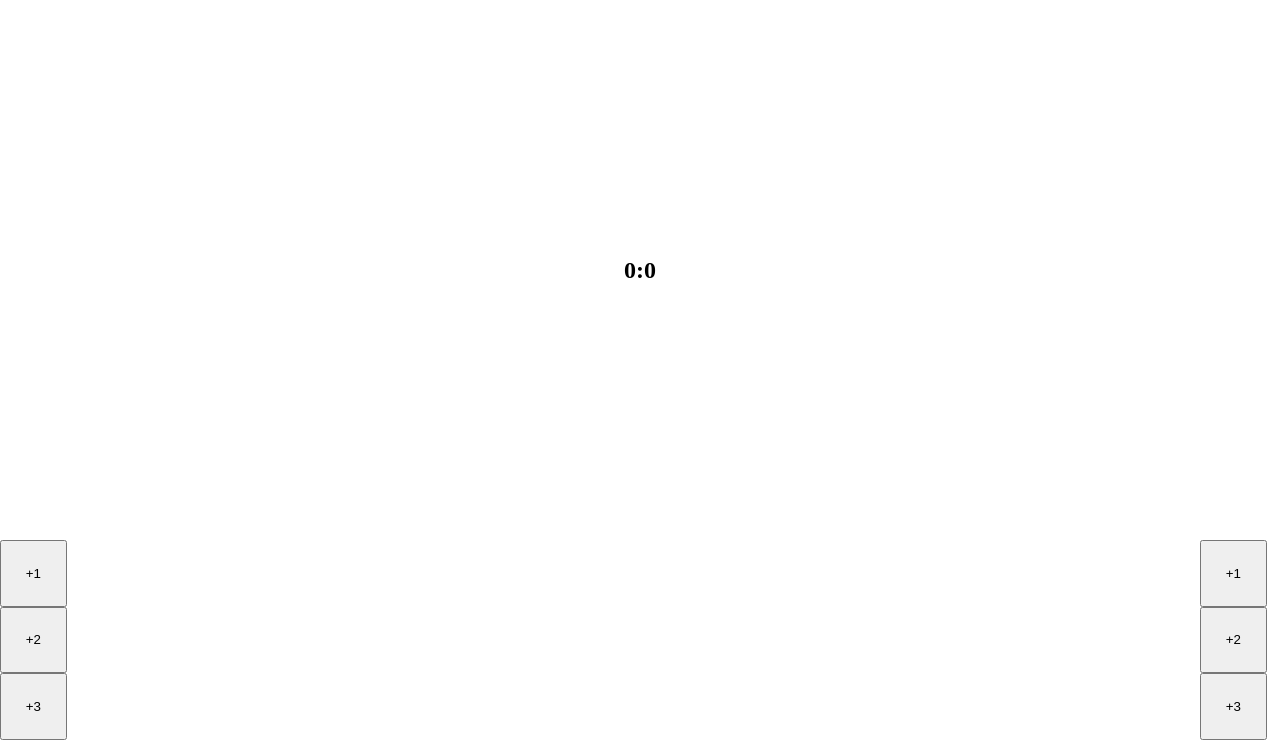
Repository: bollo89/scoreBoard
Page: index.html
An editor plug-in stored every save of this project. The page is shown before and after the next save, followed by the edit.
The browser window is 1280 px wide. The pictures show the whole page.

Above is the page before, as saved 2022-01-25 08:11:18.

### index.html
<!DOCTYPE html>
<html lang="en">
<head>
    <meta charset="UTF-8">
    <meta http-equiv="X-UA-Compatible" content="IE=edge">
    <meta name="viewport" content="width=device-width, initial-scale=1.0">
    <link rel="stylesheet" href="./style.css">
    <title>Document</title>
</head>
<body>
    <section class="score">
        <h1 class="home"></h1>
        <h1 class="colon">:</h1>
        <h1 class="away"></h1>
    </section>
    <section class="btns">
        <section class="btnsH">
            <div><button class="btn1h">+1</button></div>
            <div><button class="btn2h">+2</button></div>
            <div><button class="btn3h">+3</button></div>
        </section>
        <section class="btnsA">
            <div></div><button class="btn1a">+1</button></div>
            <div></div><button class="btn2a">+2</button></div>
            <div></div><button class="btn3a">+3</button></div>
        </section>
</section>
<script src="./script.js"></script>
</body>
</html>

### style.css
* {
    margin: 0;
    padding: 0;
}
body {
     height: 100vh;
     width: 100vw;
}
.score {
    height: 75vh;
    display: flex;
    align-items: center;
    justify-content: center;
}

.btns {
    height: 25vh;
    width: 100vw;
    display: flex;
    justify-content: space-between;
}
.btnsH {
    padding: 0;

}
.btnsA {
    padding: 0;

}
.btnsH div {
    width: 5em;
}
.btnsA div {
    width: 5em;
}
.btn1h , .btn2h , .btn3h , .btn1a , .btn2a , .btn3a{
    height: 5em;
    width: 5em;
}

### script.js
let home = document.querySelector('.home');
let n = 0;
home.innerHTML = n;

let away = document.querySelector('.away');
let m = 0;
away.innerHTML = m;

let btn1h = document.querySelector('.btn1h');
let btn2h = document.querySelector('.btn2h');
let btn3h = document.querySelector('.btn3h');
let btn1a = document.querySelector('.btn1a');
let btn2a = document.querySelector('.btn2a');
let btn3a = document.querySelector('.btn3a');
//punkty po lewej
function score1home() {
    n+=1;
    home.innerHTML = n;
    console.log(n);
}
function score2home() {
    n+=2;
    home.innerHTML = n;
    console.log(n);
}
function score3home() {
    n+=3;
    home.innerHTML = n;
    console.log(n);
}
//punkty po prawej
function score1away() {
    m+=1;
    away.innerHTML = m;
    console.log(m);
}
function score2away() {
    m+=2;
    away.innerHTML = m;
    console.log(m);
}
function score3away() {
    m+=3;
    away.innerHTML = m;
    console.log(m);
}

//przyciskibtn1.addEventListener('click',score1home,false);
btn1h.addEventListener('click',score1home,false);
btn2h.addEventListener('click',score2home,false);
btn3h.addEventListener('click',score3home,false);
btn1a.addEventListener('click',score1away,false);
btn2a.addEventListener('click',score2away,false);
btn3a.addEventListener('click',score3away,false);

After the next save:
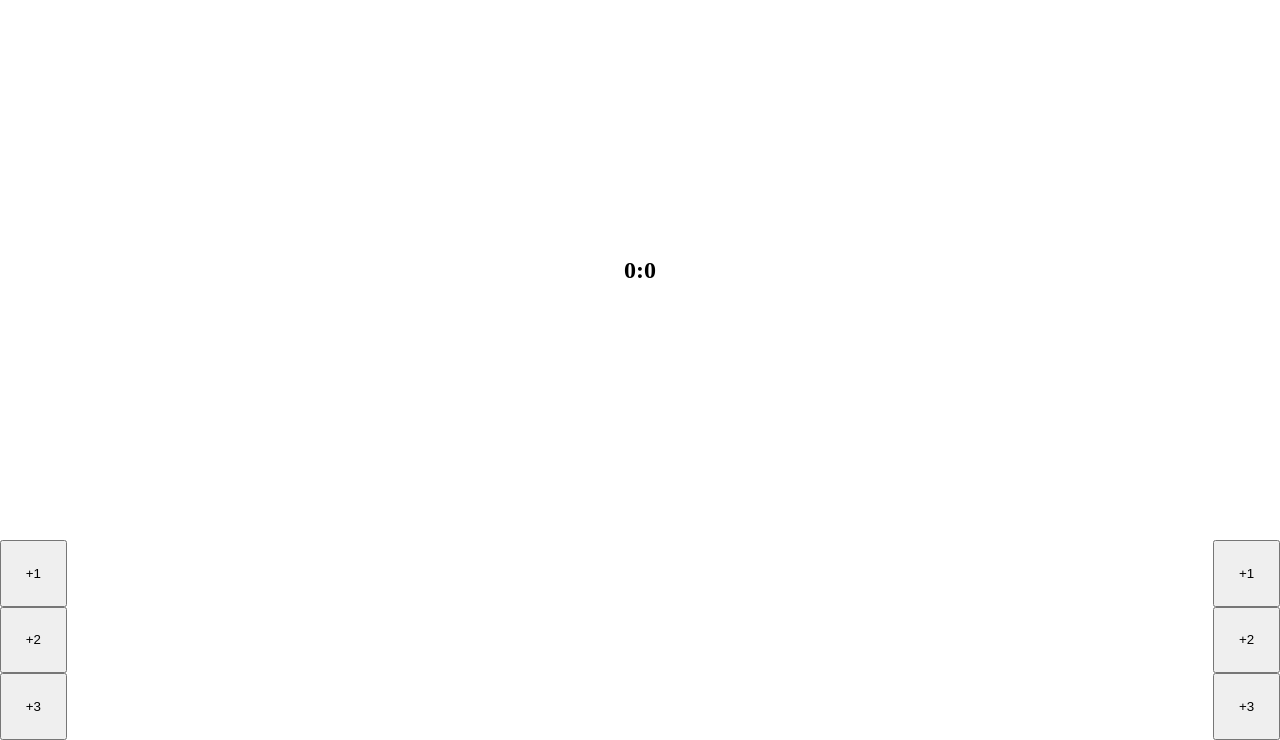
Saved 65 s later.
--- a/style.css
+++ b/style.css
@@ -18,6 +18,7 @@ body {
     width: 100vw;
     display: flex;
     justify-content: space-between;
+    font-size: 0;
 }
 .btnsH {
     padding: 0;
